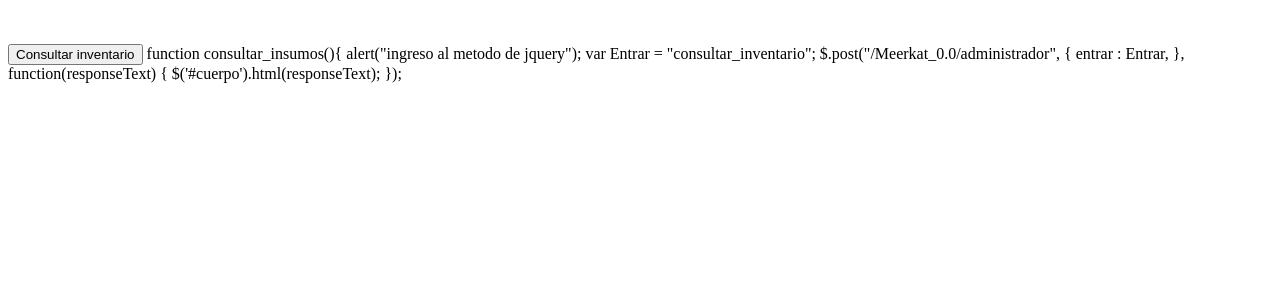
Repository: mauro2357/Producto2SW2MEERKATSOFT
Page: http://localhost/Meerkat_0.0/consultarinventariovista/funcionesadministrador.jsp
The author's editor kept a copy of each file at every save. The page is drawn from the files as they stood at one save, then again after the next save.
The browser window is 1280 px wide. The pictures show the whole page.
Some web libraries are served in a nearby version. The page is served by Tomcat 9. Nobody is signed in. The application's start-up code is not run. Other server files are loaded and not shown.

Above is the page before, as saved 2015-09-04 21:52:26.

### Meerkat_0.0/WebContent/consultarinventariovista/funcionesadministrador.jsp
<%@ page language="java" contentType="text/html; charset=ISO-8859-1"
    pageEncoding="ISO-8859-1"%>
<%@ page import="Presentacion.*" %>
<%@ page import="Negocio.tomaynotificacionpedidos.*" %>
<%@ page import="java.util.*" %>

<!DOCTYPE html PUBLIC "-//W3C//DTD HTML 4.01 Transitional//EN" "http://www.w3.org/TR/html4/loose.dtd">
<html>
<head>
<meta http-equiv="Content-Type" content="text/html; charset=ISO-8859-1">
<title>Meerkat_0.0</title>

<script src="//code.jquery.com/jquery-1.11.3.min.js"></script>
<script src="//code.jquery.com/jquery-migrate-1.2.1.min.js"></script>
<script type="text/javascript">

	function consultar_inventario(){
		var Entrar = "consultar_inventario";
		$.post("/Meerkat_0.0/administrador", {
			entrar : Entrar,
		} , window.location.replace("consultarinventariovista/listainventario.jsp"));
	}

</script>
</head>

<body>
	<div id="cuerpo"></div>
	<br></br>
	<button type="button" onclick="consultar_inventario()">Consultar inventario</button>

</body>
</html>

	function consultar_insumos(){
		alert("ingreso al metodo de jquery");
		var Entrar = "consultar_inventario";
		$.post("/Meerkat_0.0/administrador", {
			entrar : Entrar,
		}, function(responseText) {
				$('#cuerpo').html(responseText);
			});

After the next save:
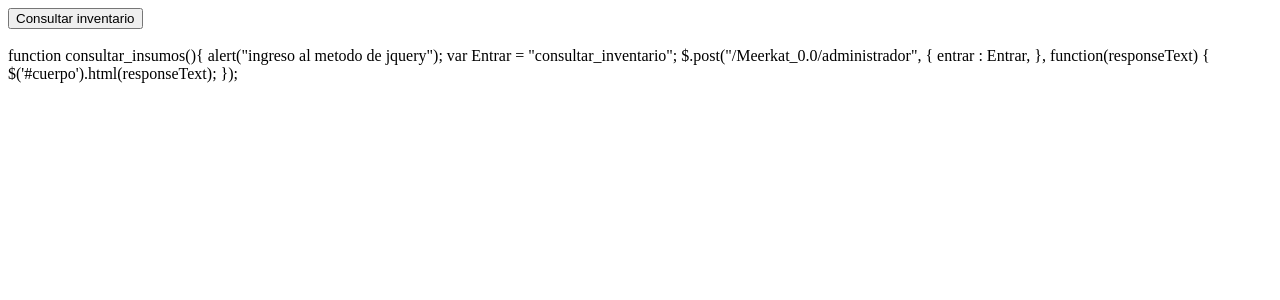
Saved 4 min 53 s later.
--- a/Meerkat_0.0/WebContent/consultarinventariovista/funcionesadministrador.jsp
+++ b/Meerkat_0.0/WebContent/consultarinventariovista/funcionesadministrador.jsp
@@ -18,16 +18,20 @@
 		var Entrar = "consultar_inventario";
 		$.post("/Meerkat_0.0/administrador", {
 			entrar : Entrar,
-		} , window.location.replace("consultarinventariovista/listainventario.jsp"));
+			}, function(responseText) {
+				$('#cuerpo').html(responseText);
+			});
 	}
 
 </script>
 </head>
 
 <body>
+
+	<button type="button" onclick="consultar_inventario()">Consultar inventario</button>
+	<br></br>
 	<div id="cuerpo"></div>
-	<br></br>
-	<button type="button" onclick="consultar_inventario()">Consultar inventario</button>
+
 
 </body>
 </html>
